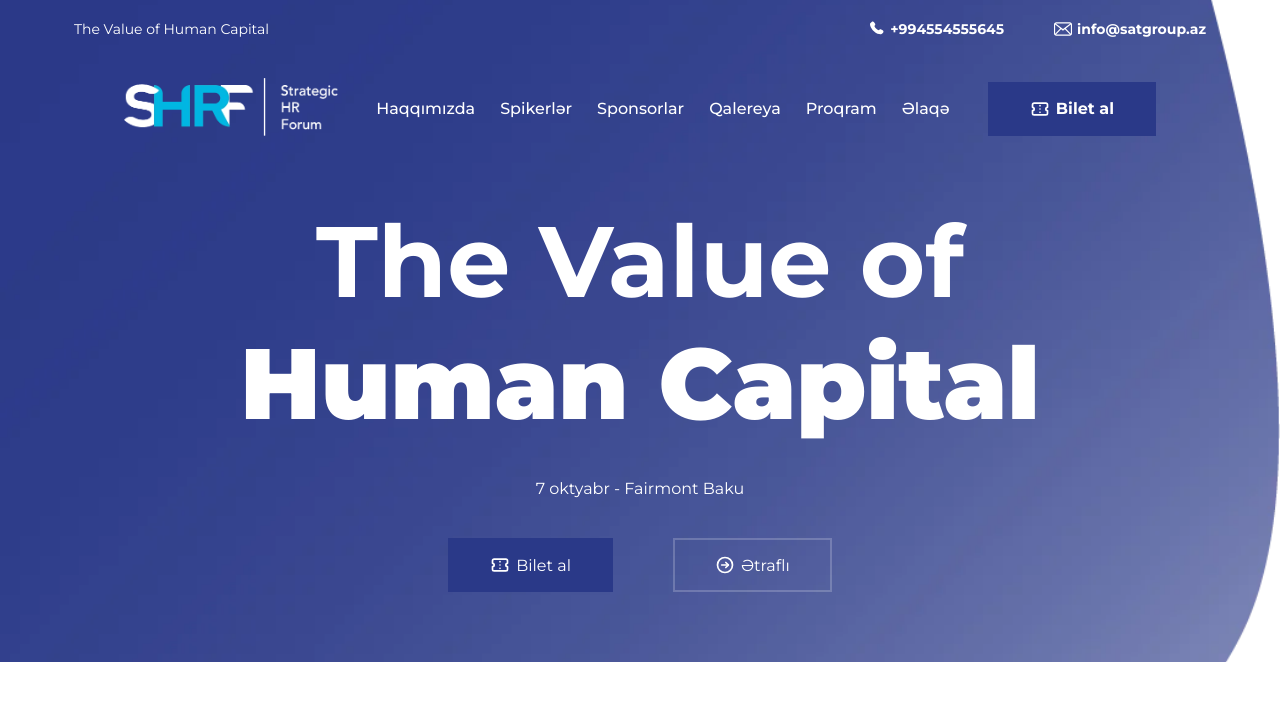
Repository: allahverdiyevabdulhasan/shrf
Page: /
The author's editor kept a copy of each file at every save. The page is drawn from the files as they stood at one save, then again after the next save.
The browser window is 1280 px wide. The pictures show the whole page.
The project was rebuilt for these pictures with package versions that can differ from the ones it lists, and the page was loaded fresh each time. Also part of the build but not shown: vite.config.js, src/App.css.

Above is the page before, as saved 2024-08-16 10:46:21.

### src/App.jsx
import './App.css'
import Header from './components/Header'
import Intro from './components/Intro'

function App() {

  return (
    <div id='page'>
      <Header />
      <Intro />
    </div>
  )
}

export default App

### src/index.css
@import url('https://fonts.googleapis.com/css2?family=Montserrat:ital,wght@0,100..900;1,100..900&display=swap');

* {
  margin: 0;
  box-sizing: border-box;
  padding: 0;
  font-family: Montserrat;
  transition: all .4s ease-in-out;
}

:root {
  --globalPrimary: #2a3988;
}

ul {
  padding: 0;
  list-style: none;
}

a {
  color: #fff;
  text-decoration: none;
}

button {
  cursor: pointer;
}

.container {
  max-width: clamp(900px, 90vw, 1170px);
  margin: 0 auto;
  padding: 0 10px;
}
#page{
  position: relative;
}

.buy__button {
  display: flex;
  align-items: center;
  border: 2px solid transparent;
  background: var(--globalPrimary);
  font-size: 16px;
  font-weight: 700;
  color: #fff;
  padding: 15px 40px;
  & svg{
    margin: 0 6px 0 0;
  }
  &:hover {
    box-shadow: 0 3px 10px 3px #fff;
    transform: translateY(-3px);
  }
}

### src/components/Header/index.jsx

import s from './style.module.css'

export default function Header() {


    return (
        <header className='container'>
            <div className={s.top}>
                <div className={s.top__left}>
                    The Value of Human Capital
                </div>
                <div className={s.top__right}>
                    <ul>
                        <li>
                            <a href="tel:+994554555645">
                            <svg width={18} viewBox="0 0 24 24" fill="none" xmlns="http://www.w3.org/2000/svg"><g id="SVGRepo_bgCarrier" stroke-width="0"></g><g id="SVGRepo_tracerCarrier" stroke-linecap="round" stroke-linejoin="round"></g><g id="SVGRepo_iconCarrier"> <path d="M16.5562 12.9062L16.1007 13.359C16.1007 13.359 15.0181 14.4355 12.0631 11.4972C9.10812 8.55901 10.1907 7.48257 10.1907 7.48257L10.4775 7.19738C11.1841 6.49484 11.2507 5.36691 10.6342 4.54348L9.37326 2.85908C8.61028 1.83992 7.13596 1.70529 6.26145 2.57483L4.69185 4.13552C4.25823 4.56668 3.96765 5.12559 4.00289 5.74561C4.09304 7.33182 4.81071 10.7447 8.81536 14.7266C13.0621 18.9492 17.0468 19.117 18.6763 18.9651C19.1917 18.9171 19.6399 18.6546 20.0011 18.2954L21.4217 16.883C22.3806 15.9295 22.1102 14.2949 20.8833 13.628L18.9728 12.5894C18.1672 12.1515 17.1858 12.2801 16.5562 12.9062Z" fill="#ffffff"></path> </g></svg>
                            +994554555645</a>
                        </li>
                        <li>
                            <a href="mailto:info@satgroup.az">
                            <svg width={18} viewBox="0 -4 32 32" version="1.1" xmlns="http://www.w3.org/2000/svg" xmlns:xlink="http://www.w3.org/1999/xlink" xmlns:sketch="http://www.bohemiancoding.com/sketch/ns" fill="#000000"><g id="SVGRepo_bgCarrier" stroke-width="0"></g><g id="SVGRepo_tracerCarrier" stroke-linecap="round" stroke-linejoin="round"></g><g id="SVGRepo_iconCarrier"> <title>mail</title> <desc>Created with Sketch Beta.</desc> <defs> </defs> <g id="Page-1" stroke="none" stroke-width="1" fill="none" fill-rule="evenodd" sketch:type="MSPage"> <g id="Icon-Set" sketch:type="MSLayerGroup" transform="translate(-412.000000, -259.000000)" fill="#ffffff"> <path d="M442,279 C442,279.203 441.961,279.395 441.905,279.578 L433,270 L442,263 L442,279 L442,279 Z M415.556,280.946 L424.58,271.33 L428,273.915 L431.272,271.314 L440.444,280.946 C440.301,280.979 415.699,280.979 415.556,280.946 L415.556,280.946 Z M414,279 L414,263 L423,270 L414.095,279.578 C414.039,279.395 414,279.203 414,279 L414,279 Z M441,261 L428,271 L415,261 L441,261 L441,261 Z M440,259 L416,259 C413.791,259 412,260.791 412,263 L412,279 C412,281.209 413.791,283 416,283 L440,283 C442.209,283 444,281.209 444,279 L444,263 C444,260.791 442.209,259 440,259 L440,259 Z" id="mail" sketch:type="MSShapeGroup"> </path> </g> </g> </g></svg>
                                info@satgroup.az</a>
                            </li>
                    </ul>
                </div>
            </div>
            <div className={s.header__items}>
                <div className={s.logo}>
                    <a href="/"><img src="./public/assets/img/logo.webp" alt="Logo" /></a>
                </div>
                <nav>
                    <ul>
                        <li><a href="">Haqqımızda</a></li>
                        <li><a href="">Spikerlər</a></li>
                        <li><a href="">Sponsorlar</a></li>
                        <li><a href="">Qalereya</a></li>
                        <li><a href="">Proqram</a></li>
                        <li><a href="">Əlaqə</a></li>
                    </ul>
                </nav>
                <button className='buy__button'>
                <svg width={20} viewBox="0 0 24 24" fill="none" xmlns="http://www.w3.org/2000/svg"><g id="SVGRepo_bgCarrier" stroke-width="0"></g><g id="SVGRepo_tracerCarrier" stroke-linecap="round" stroke-linejoin="round"></g><g id="SVGRepo_iconCarrier"> <path d="M12 16H12.01M12 12H12.01M12 8H12.01M21 14V17C21 18.1046 20.1046 19 19 19H5C3.89543 19 3 18.1046 3 17V14C4.10457 14 5 13.1046 5 12C5 10.8954 4.10457 10 3 10V7C3 5.89543 3.89543 5 5 5H19C20.1046 5 21 5.89543 21 7V10C19.8954 10 19 10.8954 19 12C19 13.1046 19.8954 14 21 14Z" stroke="#ffffff" stroke-width="2" stroke-linecap="round" stroke-linejoin="round"></path> </g></svg>
                    Bilet al
                </button>
            </div>

        </header>
    )
}

### src/components/Intro/index.jsx
import s from './style.module.css'

export default function Intro() {


    return (
        <div className={s.intro}>
            <div className={s.intro__content}>
                <h1>
                    The Value of
                    <br />
                    <span>Human Capital</span>
                </h1>

                <p>7 oktyabr - Fairmont Baku</p>

                <div className={s.buttons}>
                <button className='buy__button'>
                <svg width={20} viewBox="0 0 24 24" fill="none" xmlns="http://www.w3.org/2000/svg"><g id="SVGRepo_bgCarrier" stroke-width="0"></g><g id="SVGRepo_tracerCarrier" stroke-linecap="round" stroke-linejoin="round"></g><g id="SVGRepo_iconCarrier"> <path d="M12 16H12.01M12 12H12.01M12 8H12.01M21 14V17C21 18.1046 20.1046 19 19 19H5C3.89543 19 3 18.1046 3 17V14C4.10457 14 5 13.1046 5 12C5 10.8954 4.10457 10 3 10V7C3 5.89543 3.89543 5 5 5H19C20.1046 5 21 5.89543 21 7V10C19.8954 10 19 10.8954 19 12C19 13.1046 19.8954 14 21 14Z" stroke="#ffffff" stroke-width="2" stroke-linecap="round" stroke-linejoin="round"></path> </g></svg>
                    Bilet al
                </button>
                <a href="" className='buy__button'>
                <svg  width={20} viewBox="0 0 24 24" fill="none" xmlns="http://www.w3.org/2000/svg"><g id="SVGRepo_bgCarrier" stroke-width="0"></g><g id="SVGRepo_tracerCarrier" stroke-linecap="round" stroke-linejoin="round"></g><g id="SVGRepo_iconCarrier"> <path d="M21 12C21 16.9706 16.9706 21 12 21C7.02944 21 3 16.9706 3 12C3 7.02944 7.02944 3 12 3C16.9706 3 21 7.02944 21 12Z" stroke="#ffffff" stroke-width="2"></path> <path d="M16 12L8 12" stroke="#ffffff" stroke-width="2" stroke-linecap="round" stroke-linejoin="round"></path> <path d="M13 15L15.913 12.087V12.087C15.961 12.039 15.961 11.961 15.913 11.913V11.913L13 9" stroke="#ffffff" stroke-width="2" stroke-linecap="round" stroke-linejoin="round"></path> </g></svg>

                Ətraflı
                </a>
                </div>
            </div>
        </div>
    )
}

### src/components/Header/style.module.css
header {
    position: absolute;
    top: 0;
    left: 50%;
    width: 100%;
    transform: translateX(-50%);
}

.top {
    display: flex;
    justify-content: space-between;
    align-items: center;
    padding: 20px 0;
    color: #fff;
    font-size: 14px;
}

.top__right {
    & a,
    & ul {
        display: flex;
        align-items: center;
        font-weight: 700;
        flex-wrap: wrap;
        justify-content: end;
    }

    & li {
        margin: 0 0 0 50px;
        &:first-child{
            margin: 0;
        }
    }

    & svg {
        margin: 0 5px 0 0;
    }

    & a:hover {
        text-shadow: 0 0 10px #fff;

    }
}


.header__items {
    display: flex;
    padding: 20px 50px;
    align-items: center;
    justify-content: space-between;

    & .logo{
        max-width: 214px;
        min-width: 150px;
        & img{
            width: 100%;
        }
    }

    & nav{
        margin: 0 10px;
    }

    & ul {
        display: flex;
        & li{
            margin: 0 25px 0 0;
            position: relative;
            &::after{
                content: '';
                position: absolute;
                bottom: 0;
                left: 0;
                width: 0;
                height: 3px;
                border-radius: 3px;
                background-color: #00FFF0;
                transition: all .4s ease-in-out;
            }
            &:hover{
                & a{
                    color: #00FFF0;
                }
                &::after{
                    width: 100%;
                }
            }
            & a{
                display: inline-block;
                padding: 10px 0;
                font-weight: 500;
            }
            &:last-child{
                margin: 0;
            }
        }
    }
}



@media (width < 900px){

}

### src/components/Intro/style.module.css
.intro{
    min-height: 80vh;
    background: url('./../../../public/assets/img/introBg.webp') center/cover;
    display: flex;
    align-items: center;
    justify-content: center;

    & h1{
        font-size: clamp(45px, 8vw, 100px);
        color: #fff;
        text-align: center;
        margin: 200px 0 0 0;
        & span{
            font-weight: 900;
        }
    }
}

.intro__content{
    margin: 0 0 70px 0;
    & > p{
        color: #fff;
        text-align: center;
        margin: 35px 0  40px 0;
    }

    & .buttons{
        display: flex;
        justify-content: center;
        align-items: center;
        & button, & a{
            font-weight: 400;
            margin: 0 clamp(10px, 3vw, 30px);
        }
        & a{
            background: none;
            border-color: #FFFFFF33;
            &:hover{
                background-color: var(--globalPrimary);
            }
        }
    }
}

Loaded but not shown: index.html (common file); src/main.jsx (common file)

After the next save:
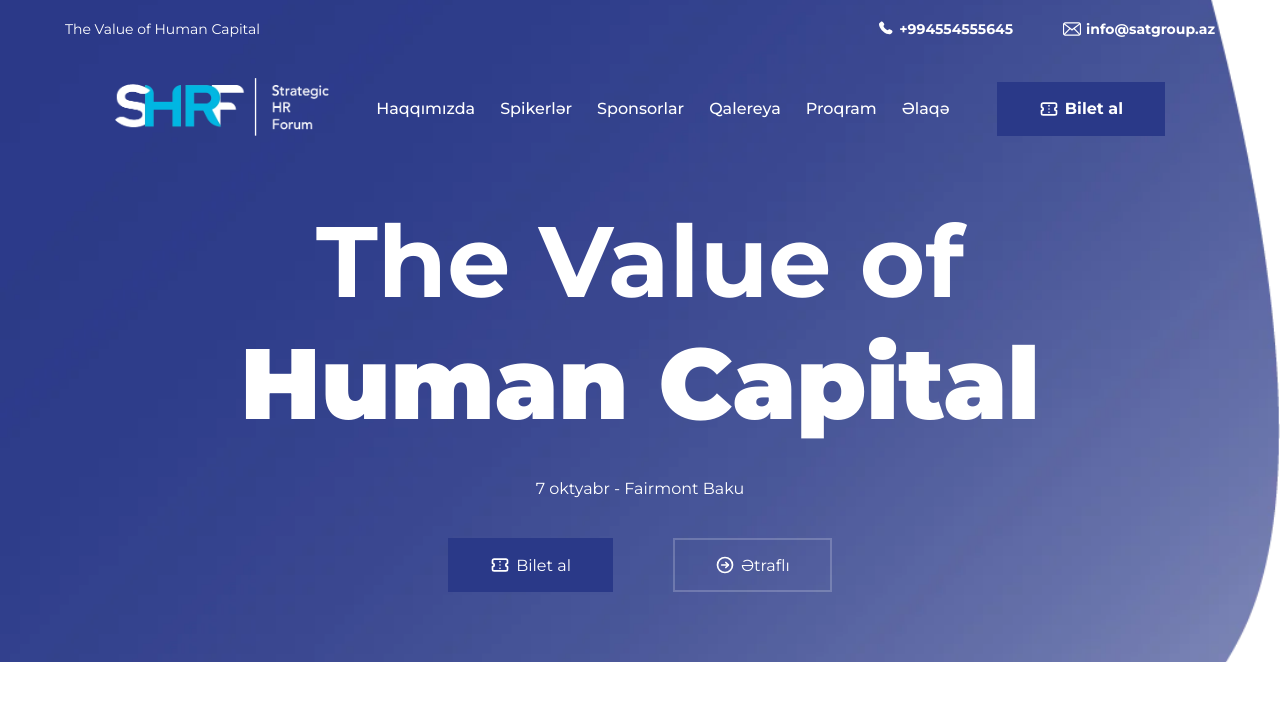
Saved 47 s later.
--- a/src/index.css
+++ b/src/index.css
@@ -27,7 +27,7 @@ button {
 }
 
 .container {
-  max-width: clamp(900px, 90vw, 1170px);
+  max-width: 1170px;
   margin: 0 auto;
   padding: 0 10px;
 }
